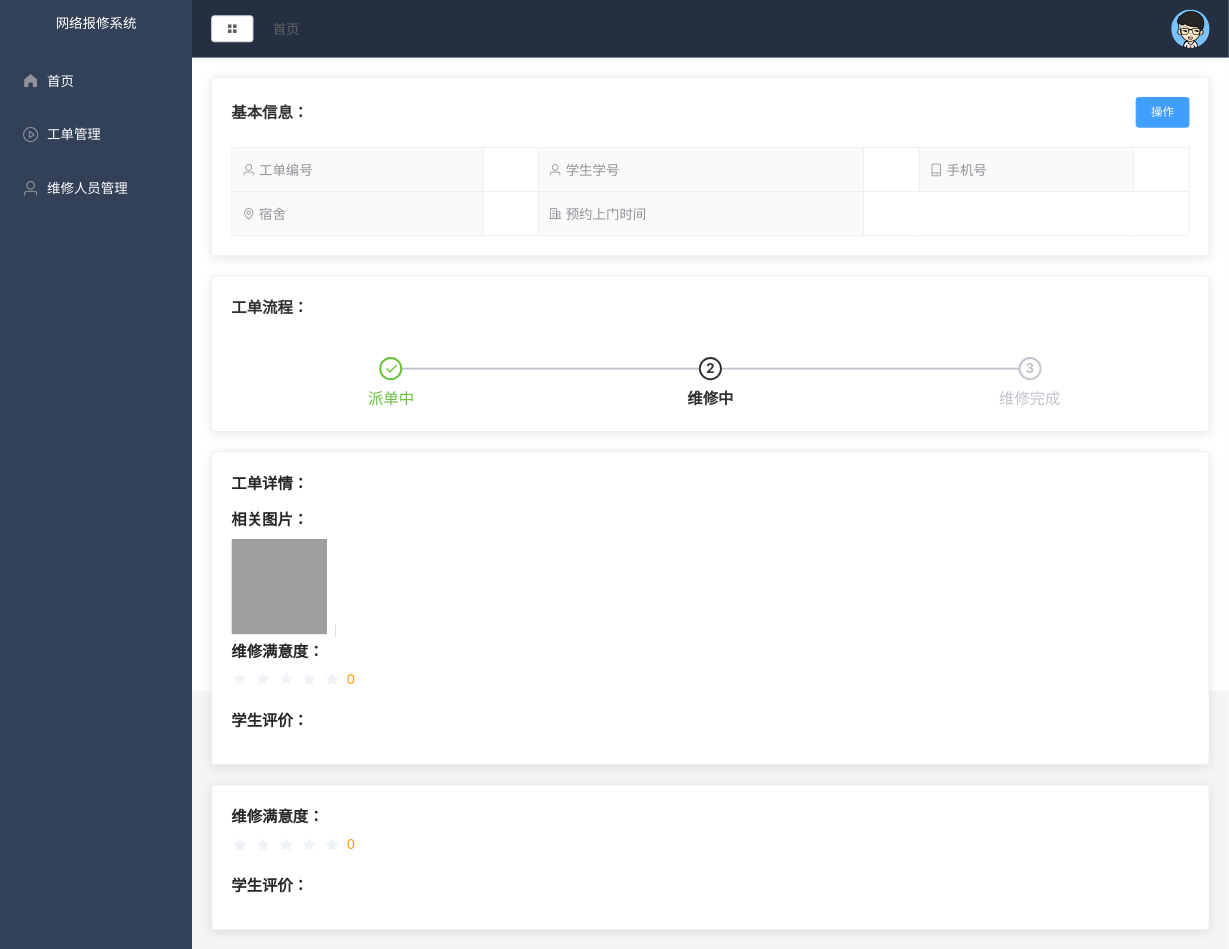
Repository: LtheW/vue
Page: /submit
An editor plug-in stored every save of this project. The page is shown before and after the next save, followed by the edit.
The browser window is 1280 px wide. The pictures show the whole page, at 96% of full size.
Pictures or frames that could not be fetched are drawn as grey boxes. The page's requests for data from a server got no answer. The project was rebuilt for these pictures with package versions that can differ from the ones it lists, and the page was loaded fresh each time. No one was signed in, and anything a server would have sent is missing. Also part of the build but not shown: vue.config.js, src/components/CommonTag.vue, src/views/Maintainer/Add.vue.

Above is the page before, as saved 2022-03-27 11:30:25.

### src/main.js
import Vue from 'vue'
import App from './App.vue'
import router from './router'
import store from './store'
//引入element ui
import ElementUI from 'element-ui';
import 'element-ui/lib/theme-chalk/index.css';
import '@/assets/scss/reset.scss' //全局样式
import Axios from 'axios';//后台交互
import Antd from 'ant-design-vue';
import 'ant-design-vue/dist/antd.css';
import 'font-awesome/scss/font-awesome.scss'
Vue.prototype.$http=Axios
//defaults 设置全局默认路径
Axios.defaults.baseURL="/"

Vue.use(ElementUI,Antd);
Vue.config.productionTip = false

new Vue({
  router,
  store,
  render: h => h(App)
}).$mount('#app')

### src/router/index.js
import Vue from 'vue'
import VueRouter from 'vue-router'
import Main from '../views/Main.vue'
import Submit from'../views/Submit.vue'
import Maintainer_Add from'../views/Maintainer/Add.vue'
Vue.use(VueRouter)

const routes = [
  {
    path:'/login',
    name:'Login',
    component:()=>import('@/views/Login')
  },
  {

    path: '/',
    name: 'Main',
    component: Main,
    children: [
      {
        path: '/',
        name: 'search',
        component: () => import('@/views/About')
      },
      {
        path: '/form',
        name: 'form',
        component: () => import('@/views/Form/Form')
      },
      {
        path: '/home',
        name: 'home',
        component: () => import('@/views/Maintainer/Maintainer')
      },
      {
        path: '/submit',
        name: 'submit',
        component: Submit,
      },
      {
        path: '/maintainer_add',
        name: 'add',
        component: Maintainer_Add,
      },
    ]
    },


]

const router = new VueRouter({
  mode:'history',
  base: process.env.BASE_URL,
  routes
})

export default router

### src/views/Main.vue
<template>
  <el-container style="height: 100%">
    <el-aside width="auto" height="100%" ><common-aside></common-aside></el-aside>
    <el-container>
      <el-header>
        <common-header></common-header>

      </el-header>
      <el-main><router-view /></el-main>
    </el-container>
  </el-container>
</template>

<script>
import CommonAside from "../components/CommonAside.vue";
import CommonHeader from "../components/CommonHeader.vue";
import CommonTag from "../components/CommonTag.vue";
export default {
  name: "Main",
  components: { CommonAside, CommonHeader, CommonTag },
};
</script>
, CommonTab
<style lang="scss" scoped>
.el-header {
  background: #242F42;
}
.el-main {
  padding-top: 20rpx;
}
</style>

### src/views/Submit.vue
<template>
  <div class="form">
    <div>
      <el-card>
        <el-descriptions
          class="margin-top"
          title="基本信息："
          :column="3"
          :size="size"
          border
        >
          <template slot="extra">
            <el-button type="primary" size="small">操作</el-button>
          </template>
          <el-descriptions-item width="150">
            <template slot="label">
              <i class="el-icon-user"></i>
              工单编号
            </template>
            {{ form.workorderNumber }}
          </el-descriptions-item>
          <el-descriptions-item>
            <template slot="label">
              <i class="el-icon-user"></i>
              学生学号
            </template>
            {{ form.fkStudentNumber }}
          </el-descriptions-item>
          <el-descriptions-item>
            <template slot="label">
              <i class="el-icon-mobile-phone"></i>
              手机号
            </template>
            {{ form.contactInformation }}
          </el-descriptions-item>
          <el-descriptions-item>
            <template slot="label">
              <i class="el-icon-location-outline"></i>
              宿舍
            </template>
            {{ form.address }}
          </el-descriptions-item>
          <el-descriptions-item>
            <template slot="label">
              <i class="el-icon-office-building"></i>
              预约上门时间
            </template>
            {{ form.fixedTime }}
          </el-descriptions-item>
        </el-descriptions>
      </el-card>
    </div>

    <div class="p">
      <el-card>
        <i class="title">工单流程：</i>
        <div>
          <el-steps
            :space="600"
            :active="1"
            finish-status="success"
            align-center="true"
            style="padding-top: 40px"
          >
            <el-step title="派单中"></el-step>
            <el-step title="维修中"></el-step>
            <el-step title="维修完成"></el-step>
          </el-steps>
        </div>
      </el-card>
      <div class="p">
        <el-card>
          <span>
          <h5 class="title">工单详情：</h5>

          <p>{{ form.workorderContent }}</p>

          <h5 class="title">相关图片：</h5>
          <el-image
            style="width: 100px; height: 100px"
            :src="url"
            :preview-src-list="srcList"
          >
          </el-image>
          </span>
            <el-divider direction="vertical"></el-divider>

          <span>
          <h5 class="title">维修满意度：</h5>
          <el-rate
            v-model="form.maintenanceSatisfaction"
            disabled
            show-score
            text-color="#ff9900"
            score-template="{value}"
          >
          </el-rate>
          <div class="p">
          <h5 class="title">学生评价：</h5>
          <p>{{ form.evaluation }}</p>
          </div>
          </span>
        </el-card>
        <div class="p">
        <el-card>
          <h5 class="title">维修满意度：</h5>
          <el-rate
            v-model="form.maintenanceSatisfaction"
            disabled
            show-score
            text-color="#ff9900"
            score-template="{value}"
          >
          </el-rate>
          <div class="p">
          <h5 class="title">学生评价：</h5>
          <p>{{ form.evaluation }}</p>
          </div>
        </el-card>
        </div>
      </div>
    </div>
  </div>
</template>
<script>
export default {
  data() {
    return {
      form: {},
      workorderNumber: "",
      url: "https://fuss10.elemecdn.com/e/5d/4a731a90594a4af544c0c25941171jpeg.jpeg",
      srcList: [],
    };
  },
  created() {
    this.workorderNumber = this.$route.params.workorderNumber;
    this.Load();
  },
  methods: {
    goBack() {
      this.$router.go(-1);
    },
    onSubmit() {},
    Load() {
      this.$http({
        url: "/api/administer/getorder",
        method: "get",
        headers: { "X-Requested-With": "XMLHttpRequest" },
        params: {
          workorder_number: this.workorderNumber,
        }, //传值 如：params:{id:1,name:"gw"}
      }).then((res) => {
        this.form = res.data.data[0];
        console.log(this.form);
        var jsonstr = JSON.parse(res.data.data[0].pictureAddress);
        var arr = this.srcList;
        for (var i = 0; i < 3; i++) {
          if (jsonstr[i] == null) {
            break;
          }
          arr.push(jsonstr[i]);
        }
        this.srcList = arr;
      });
    },
  },
};
</script>

<style >
.form {
  display: flex;
  flex-direction: column;
  justify-content: center;
  align-content: center;
}

.title {
  font-size: 16px;
  font-weight: 700;
}
.p {
  padding-top: 20px;
}
.border {
  border: 1px solid grey;
}
</style>

### src/store/tab.js
export default{
    state:{
        isCollapse: false
    },
    mutations:{
        collapseMenu(state){
            state.isCollapse=!state.isCollapse
        }
    }
}

### src/components/CommonAside.vue
<template>
  <el-menu
    class="el-menu-vertical-demo"
    :collapse="isCollapse"
    background-color="#324157"
    text-color="#fff"
    active-text-color="#ffd04b"
  >
    <h3 v-show="!isCollapse">网络报修系统</h3>
    <h3 v-show="isCollapse">后台</h3>
    <el-menu-item
      :index="item.path"
      v-for="item in noChildren"
      :key="item.path"
      @click="clickMenu(item)"
    >
      <i :class="'el-icon-' + item.icon"></i>
      <span slot="title">{{ item.label }}</span>
    </el-menu-item>
    <el-submenu :index="item.label" v-for="item in hasChildren" :key="item.path">
      <template slot="title">
        <i :class="'el-icon-' + item.icon"></i>
        <span slot="title">{{ item.label }}</span>
      </template>
      <el-menu-item-group>
        <el-menu-item
          :index="subItem.path"
          v-for="(subItem, subIndex) in item.children"
          :key="subIndex"
          @click="clickMenu(item)"
        >
          <i :class="'el-icon-' + subItem.icon"></i>
          <span slot="title">{{ subItem.label }}</span>
        </el-menu-item>
      </el-menu-item-group>
    </el-submenu>
  </el-menu>
</template>

<script>
export default {
  data() {
    return {
      menu: [
        {
          path: "/",
          name: "search",
          label: "首页",
          icon: "s-home",
          url: "Maintainer/Maintainer",
        },
        {
          path: "/form",
          name: "form",
          label: "工单管理",
          icon: "video-play",
          url: "Form/Form",
        },
        {
          path: "/home",
          name: "home",
          label: "维修人员管理",
          icon: "user",
          url: "Home/Home",
        },
      ],
    };
  },
  methods: {
    // handleOpen(key, keyPath) {
    //   console.log(key, keyPath);
    // },
    // handleClose(key, keyPath) {
    //   console.log(key, keyPath);
    // },
    clickMenu(item) {
      this.$router.push({ name: item.name });
      this.$store.commit("selectMenu", item);
    },
  },
  computed: {
    noChildren() {
      return this.menu.filter((item) => !item.children);
    },
    hasChildren() {
      return this.menu.filter((item) => item.children);
    },
    isCollapse() {
      return this.$store.state.tab.isCollapse;
    },
  },
};
</script>

<style lang="scss" scoped>
.el-menu {
  height: 100%;
  border: none;
  h3 {
    color: #ffffff;
    text-align: center;
    line-height: 48px;
  }
}
.el-menu-vertical-demo:not(.el-menu--collapse) {
  width: 200px;
  min-height: 100vh;
}
</style>

### src/components/CommonHeader.vue
<template>
  <header>
    <div class="l-content">
      <el-button plain icon="el-icon-menu" size="mini" @click="handleMenu"></el-button>
      <el-breadcrumb>
        <el-breadcrumb-item :to="{ path: '/' }">首页</el-breadcrumb-item>
        <el-breadcrumb-item :to="current.path" v-if="current">{{
          current.label
        }}</el-breadcrumb-item>
      </el-breadcrumb>
    </div>
    <div class="r-content">
      <el-dropdown trigger="click" size="mini">
        <span class="el-dropdown-link">
          <img :src="userImg" class="user" />
        </span>
        <el-dropdown-menu slot="dropdown">
          <el-dropdown-item>个人中心</el-dropdown-item>
          <el-dropdown-item @click.native="logOut">退出</el-dropdown-item>
        </el-dropdown-menu>
      </el-dropdown>
    </div>
  </header>
</template>

<script>
import { mapState } from "vuex";
export default {
  data() {
    return {
      userImg: require("../assets/images/user.png"),
    };
  },
  methods: {
    handleMenu() {
      this.$store.commit("collapseMenu");
    },
    logOut() {
      this.$store.commit("clearToken");
      this.$store.commit("clearMenu");
      // location.reload();
      this.$router.push("/login");
    },
  },
  computed: {
    ...mapState({
      current: (state) => state.tab.currentMenu,
    }),
  },
};
</script>

<style lang="scss" scoped>
header {
  display: flex;
  height: 100%;
  align-items: center;
  justify-content: space-between;
}

.l-content {
  display: flex;
  align-items: center;
  .el-button {
    margin-right: 20px;
  }
}

.r-content {
  .user {
    width: 40px;
    height: 40px;
    border-radius: 50%;
  }
}
</style>

<style lang="scss">
.el-breadcrumb__item {
  .el-breadcrumb__inner {
    color: #666;
    font-weight: normal;
  }
  &:last-child {
    .el-breadcrumb__inner {
      color: white;
    }
  }
}
</style>

Loaded but not shown: public/index.html (common file); src/App.vue (common file); src/store/index.js (common file); src/assets/scss/reset.scss (common file)

After the next save:
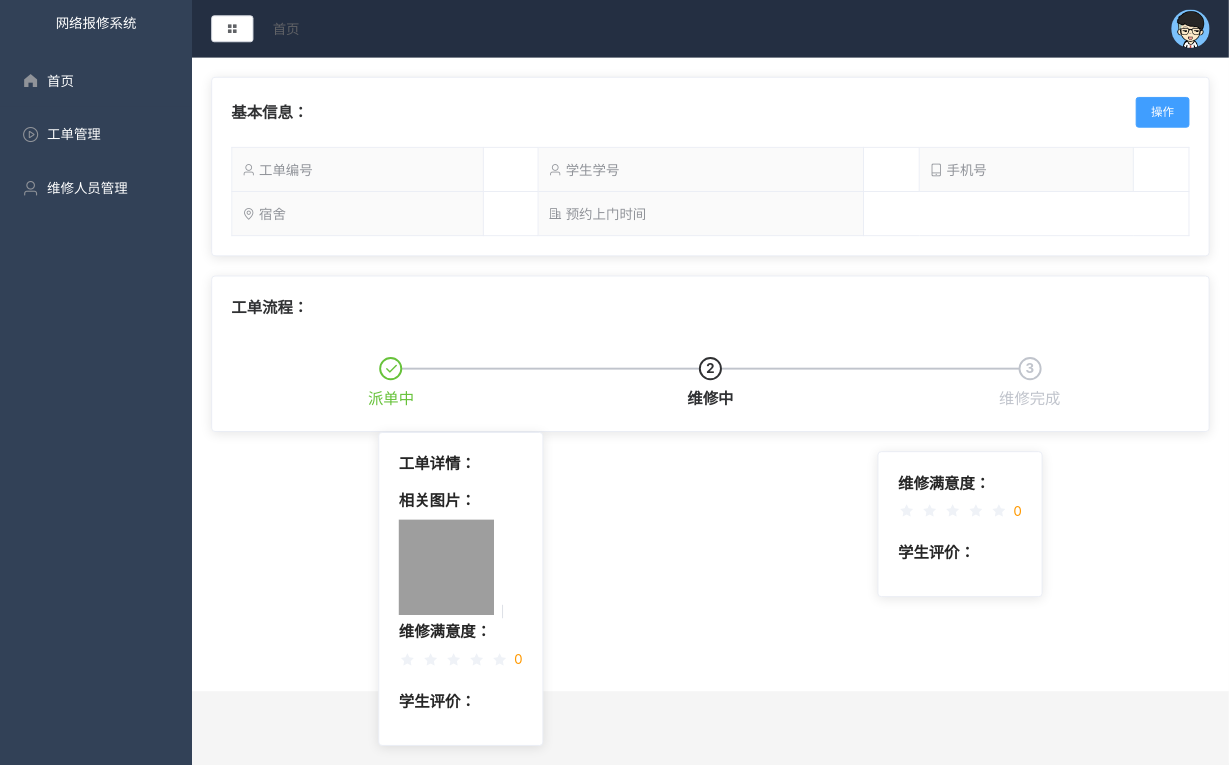
Saved 96 min 22 s later.
--- a/src/views/Submit.vue
+++ b/src/views/Submit.vue
@@ -68,9 +68,8 @@
           </el-steps>
         </div>
       </el-card>
-      <div class="p">
-        <el-card>
-          <span>
+      <div class="panel">
+        <el-card >
           <h5 class="title">工单详情：</h5>
 
           <p>{{ form.workorderContent }}</p>
@@ -82,10 +81,8 @@
             :preview-src-list="srcList"
           >
           </el-image>
-          </span>
             <el-divider direction="vertical"></el-divider>
 
-          <span>
           <h5 class="title">维修满意度：</h5>
           <el-rate
             v-model="form.maintenanceSatisfaction"
@@ -99,7 +96,6 @@
           <h5 class="title">学生评价：</h5>
           <p>{{ form.evaluation }}</p>
           </div>
-          </span>
         </el-card>
         <div class="p">
         <el-card>
@@ -185,4 +181,9 @@ export default {
 .border {
   border: 1px solid grey;
 }
+.panel{
+  display: flex;
+  flex-direction: row;
+  justify-content: space-around;
+}
 </style>
